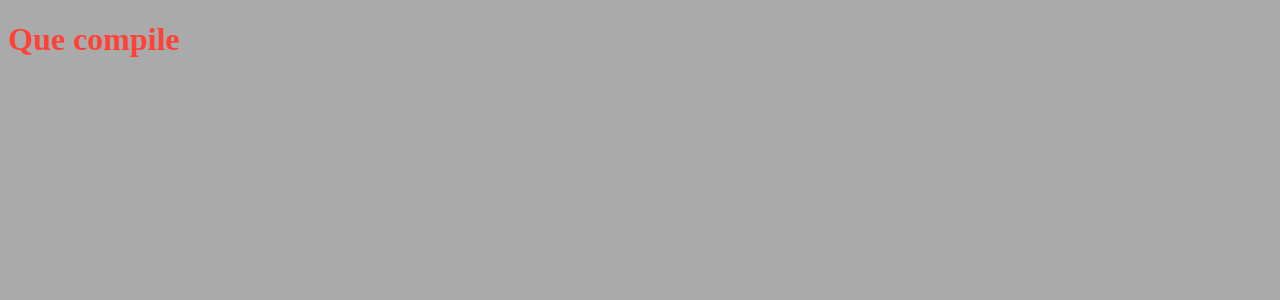
Repository: Alan966/Sass-desde-cero
Page: claseTwo/index.html
These files come from the project's save history. The page is drawn as it stood at one moment and after a run of saves; the edit follows.
The browser window is 1280 px wide. The pictures show the whole page.
The style sheet was rebuilt from its Sass, Less or Tailwind sources for each picture, by a compiler version that may differ from the author's.

Above is the page before, as saved 2022-09-06 15:48:44.

After the next 3 saves:
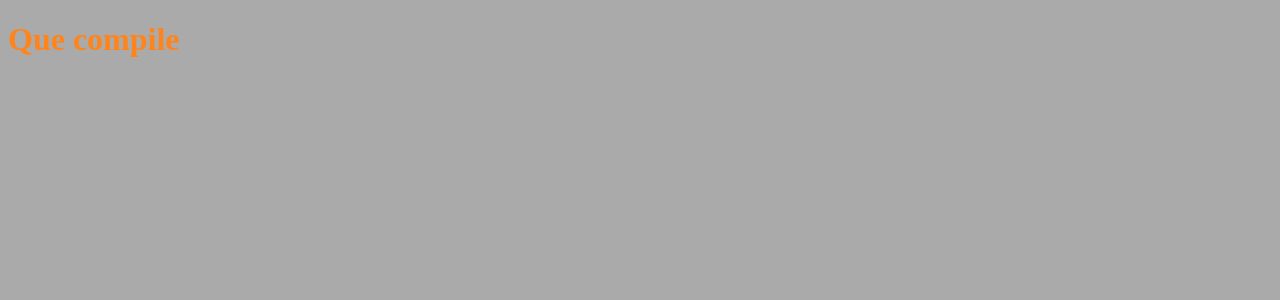
The 3 saves are shown as one change because 2 did not build or start.
The last was saved 104 s later.
--- a/claseTwo/main.sass
+++ b/claseTwo/main.sass
@@ -1,8 +1,10 @@
+$naranja: #FF851B
+
 body
     background: #AAAAAA
 
 a
-    color: #FF851B
+    color: $naranja
 
 h1
-    color: #FF4136
+    color: $naranja
